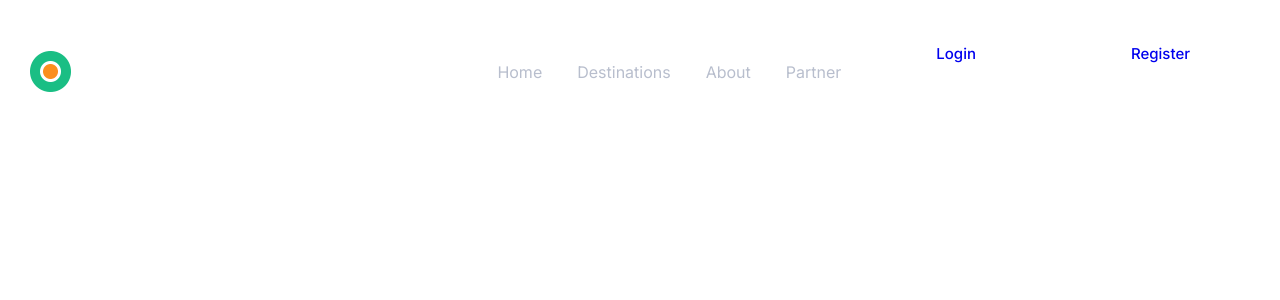
Repository: long5122000/sunny
Page: index.html
The author's editor kept a copy of each file at every save. The page is drawn from the files as they stood at one save, then again after the next save.
The browser window is 1280 px wide. The pictures show the whole page.
The style sheet was rebuilt from its Sass, Less or Tailwind sources for each picture, by a compiler version that may differ from the author's.

Above is the page before, as saved 2021-11-24 19:43:51.

After the next save:
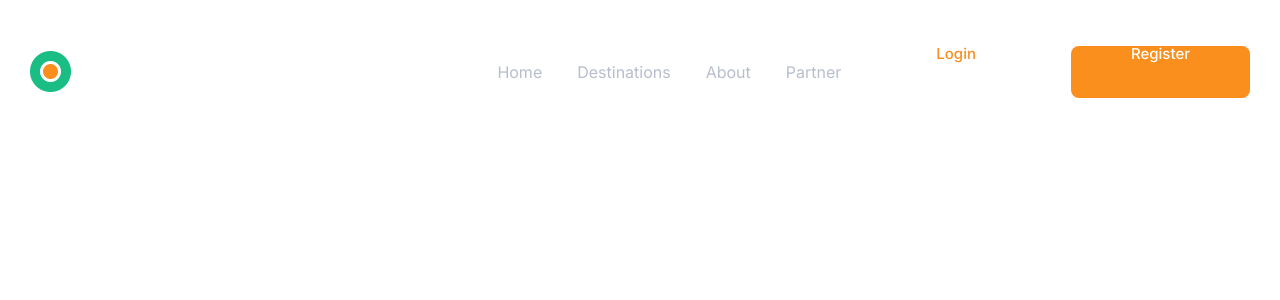
Saved 62 s later.
--- a/sass/_global.scss
+++ b/sass/_global.scss
@@ -22,4 +22,11 @@ ul {
   background-color: transparent;
   border: 0;
   outline: none;
+  &--primary {
+    color: white;
+    background-color: $primary-color;
+  }
+  &--secondary {
+    color: $primary-color;
+  }
 }
